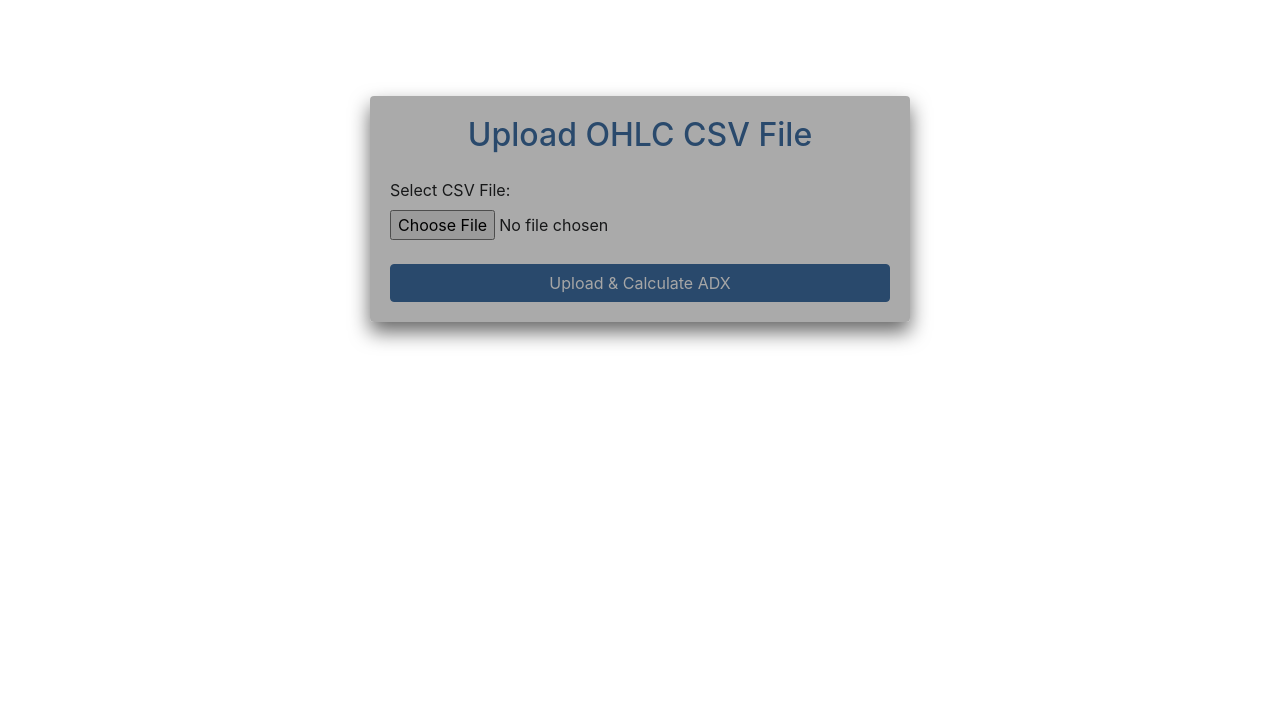
Repository: TEJAS-MI/Intelliqube-Assignment
Page: http://localhost/
An editor plug-in stored every save of this project. The page is shown before and after the next save, followed by the edit.
The browser window is 1280 px wide. The pictures show the whole page.
The page is served by the project's application, run on Django 2.2 (manage.py). Other server files are loaded and not shown.

Above is the page before, as saved 2025-12-03 20:20:13.
Not found: static/img/trading graph.jpeg

### adxapp/views.py
# adxapp/views.py

import pandas as pd
from django.shortcuts import render
from django.http import HttpResponse
from .utils import calculate_adx
import matplotlib
matplotlib.use('Agg')
from matplotlib import pyplot as plt
import io
import base64


def index(request):
    return render(request, 'adxapp/index.html')


def process_file(request):
    if request.method != 'POST':
        return render(request, 'adxapp/index.html')

    if 'csv_file' not in request.FILES:
        return render(request, 'adxapp/index.html', {'error': 'Please upload a CSV file.'})

    uploaded_file = request.FILES['csv_file']

    try:
        # Read the CSV exactly as-is (do not set index_col)
        df_in = pd.read_csv(uploaded_file)
        # Calculate ADX (utils will detect date and OHLC)
        result_df = calculate_adx(df_in)
    except Exception as e:
        # Catch and display calculation errors (like missing columns)
        return render(request, 'adxapp/index.html', {'error': f'Error processing file: {e}'})

    # Save result CSV in session for download
    csv_buffer = io.StringIO()
    # IMPORTANT: index=False to prevent the date/time column from being repeated as 'Unnamed: 0'
    result_df.to_csv(csv_buffer, index=False)
    request.session['csv_output'] = csv_buffer.getvalue()

    # Produce plot: plot numeric arrays (skip NaNs automatically)
    plt.figure(figsize=(10, 5))
    # plot by column values so x-axis is simple index
    plt.plot(result_df['ADX'].values, label='ADX')
    plt.plot(result_df['+DI14'].values, label='+DI14')
    plt.plot(result_df['-DI14'].values, label='-DI14')
    plt.title('ADX, +DI14, -DI14')
    plt.legend()
    plt.tight_layout()

    img_buffer = io.BytesIO()
    plt.savefig(img_buffer, format='png')
    plt.close()
    img_buffer.seek(0)
    plot_base64 = base64.b64encode(img_buffer.read()).decode('utf-8')

    # Prepare preview including date column if present
    preview_df = result_df.head(10)
    preview_columns = preview_df.columns.tolist()
    preview_data = preview_df.values.tolist()

    return render(request, 'adxapp/result.html', {
        'plot_base64': plot_base64,
        'preview_columns': preview_columns,
        'preview_data': preview_data
    })


def download_csv(request):
    csv_data = request.session.get('csv_output')
    if not csv_data:
        return HttpResponse("No output to download. Upload and process a file first.", status=400)
    response = HttpResponse(csv_data, content_type='text/csv')
    response['Content-Disposition'] = 'attachment; filename="adx_output.csv"'
    return response

### adxapp/templates/adxapp/index.html
{% load static %}
<!DOCTYPE html>
<html>
  <head>
    <meta charset="utf-8" />
    <title>ADX Calculator – Upload File</title>
    <link rel="stylesheet" href="https://cdn.jsdelivr.net/npm/bootstrap@4.1.3/dist/css/bootstrap.min.css" integrity="sha384-MCw98/SFnGE8fJT3GXwEOngsV7Zt27NXFoaoApmYm81iuXoPkFOJwJ8ERdknLPMO" crossorigin="anonymous">

    <style>
        .form-card {
            /* Ensures the form is readable and stands out */
            background-color: rgba(255, 255, 255, 0.95);
            box-shadow: 0 10px 20px rgba(0, 0, 0, 0.6);
            border: none;
        }
    </style>
  </head>

 <body style="
    background-image: url('{% static "img/trading graph.jpeg" %}');
    background-size: cover;
    background-attachment: fixed;
    background-position: center center;
    filter: brightness(65%) grayscale(60%);
">



    <div class="container mt-4">
        <div class="row justify-content-center">
            <div class="col-md-6">
                <div class="card form-card mt-5">
                    <div class="card-body">
                        <h2 class="mb-4 text-center text-primary">Upload OHLC CSV File</h2>

                        <form
                            action="{% url 'process_file' %}"
                            method="POST"
                            enctype="multipart/form-data"
                        >
                            {% csrf_token %}

                            <div class="form-group">
                                <label>Select CSV File:</label>
                                <input type="file" name="csv_file" class="form-control-file" required />
                            </div>

                            <button type="submit" class="btn btn-primary btn-block mt-4">
                                Upload & Calculate ADX
                            </button>
                        </form>
                    </div>
                </div>
            </div>
        </div>
    </div>
  </body>
</html>

### adxproject/urls.py
"""adxproject URL Configuration

The `urlpatterns` list routes URLs to views. For more information please see:
    https://docs.djangoproject.com/en/2.2/topics/http/urls/
Examples:
Function views
    1. Add an import:  from my_app import views
    2. Add a URL to urlpatterns:  path('', views.home, name='home')
Class-based views
    1. Add an import:  from other_app.views import Home
    2. Add a URL to urlpatterns:  path('', Home.as_view(), name='home')
Including another URLconf
    1. Import the include() function: from django.urls import include, path
    2. Add a URL to urlpatterns:  path('blog/', include('blog.urls'))
"""
from django.contrib import admin
from django.urls import path ,include

urlpatterns = [
    path('admin/', admin.site.urls),

    path('',include('adxapp.urls')),
]

### adxapp/urls.py
from django.urls import path
from . import views

urlpatterns = [
    path('', views.index, name='index'),
    path('process/', views.process_file, name='process_file'),
    path('download/', views.download_csv, name='download_csv'),
]

After the next save:
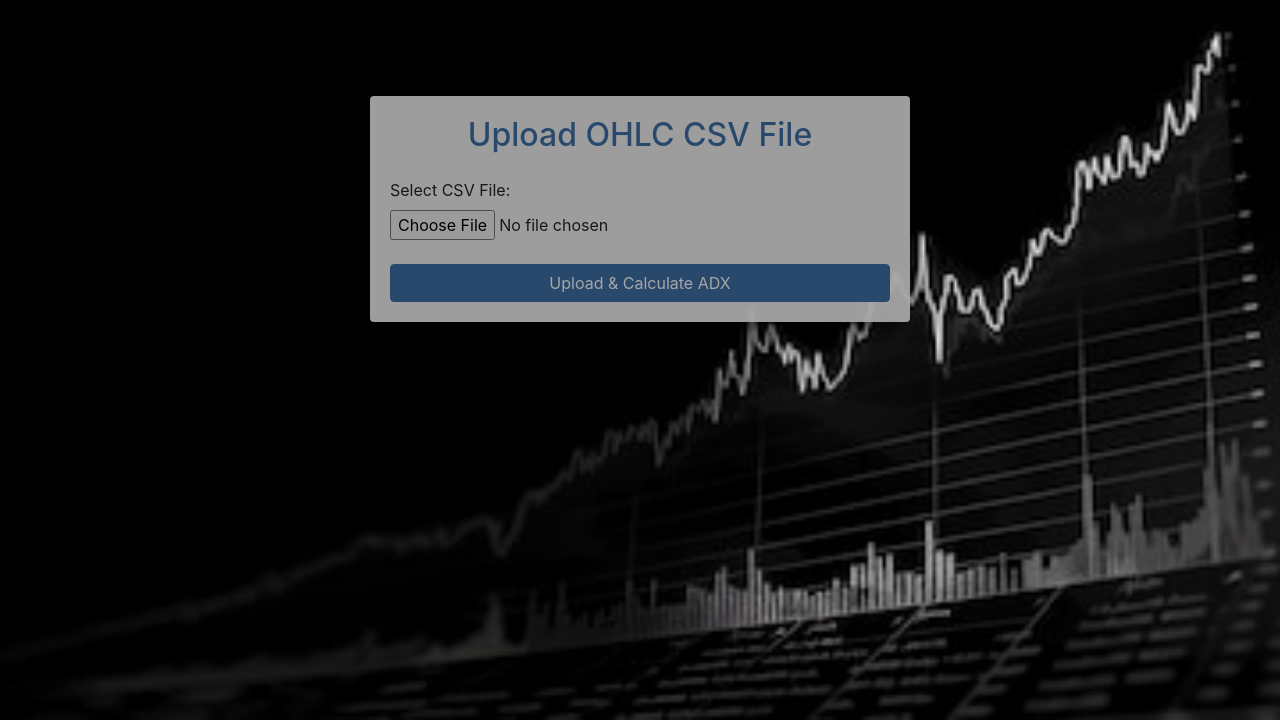
Saved 88 s later.
--- a/adxapp/templates/adxapp/index.html
+++ b/adxapp/templates/adxapp/index.html
@@ -17,7 +17,7 @@
   </head>
 
  <body style="
-    background-image: url('{% static "img/trading graph.jpeg" %}');
+    background-image: url('{% static "img/trading_graph.jpeg" %}');
     background-size: cover;
     background-attachment: fixed;
     background-position: center center;
